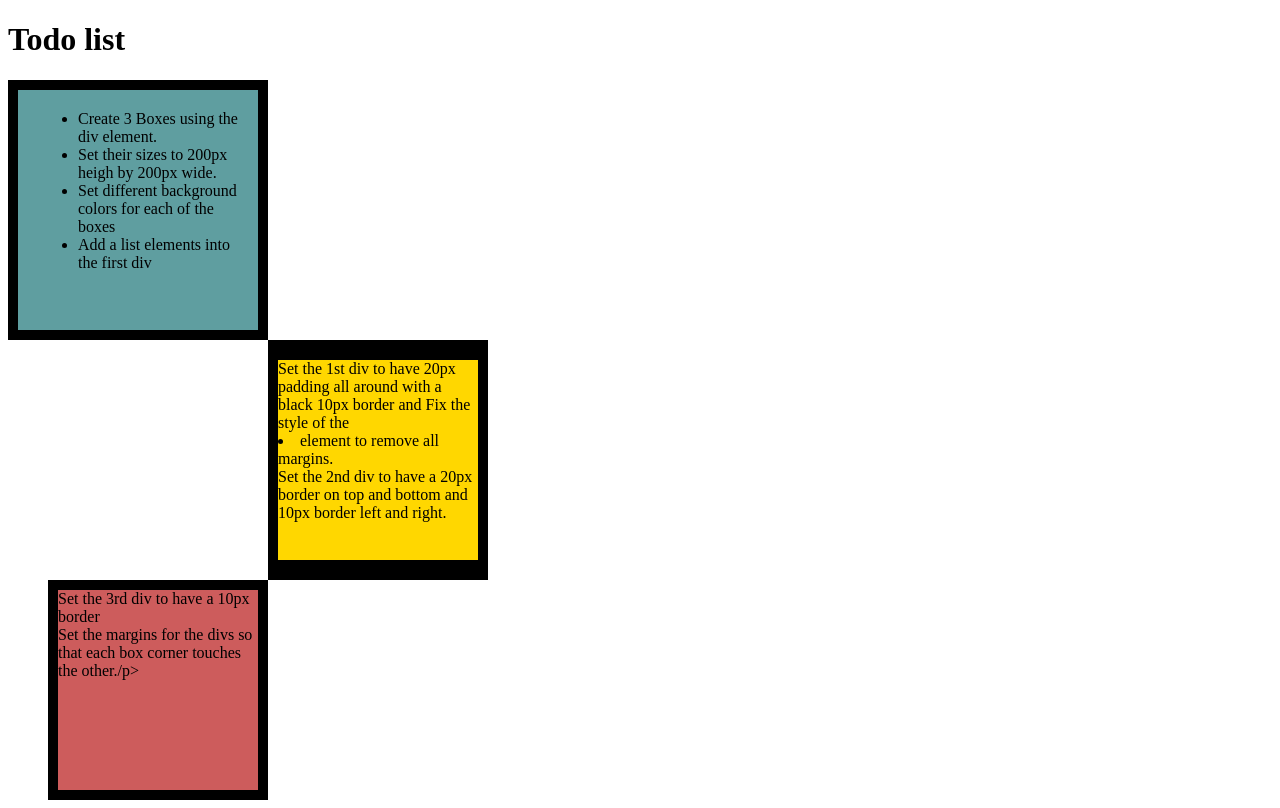
Repository: aniatot/CSS_KT
Page: 6.3 CSS Box Model/index.html
The author's editor kept a copy of each file at every save. The page is drawn from the files as they stood at one save, then again after the next save.
The browser window is 1280 px wide. The pictures show the whole page.

Above is the page before, as saved 2023-10-18 20:19:36.

After the next save:
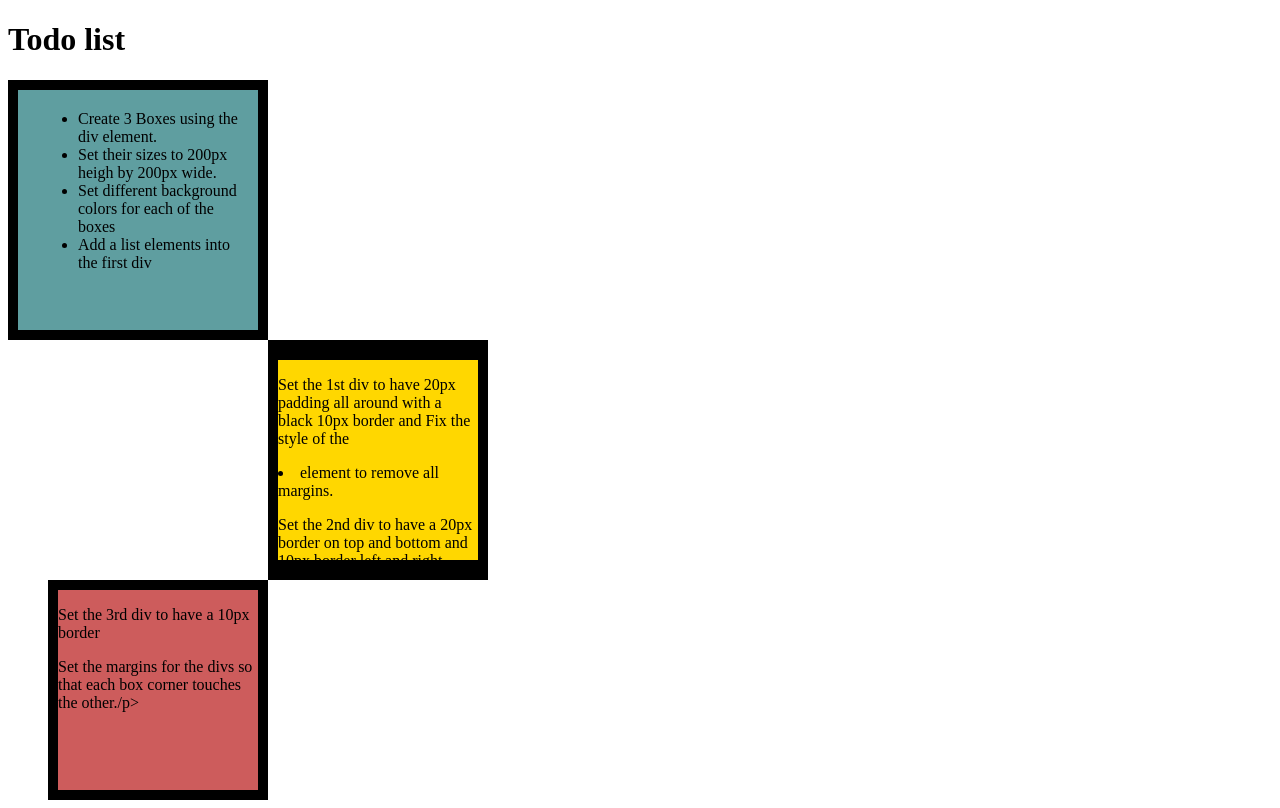
Saved 66 s later.
--- a/6.3 CSS Box Model/index.html
+++ b/6.3 CSS Box Model/index.html
@@ -11,7 +11,7 @@
       width: 200px;
     }
 
-    ul, li, p {
+    ul, li {
       margin: 0;
     }
 
